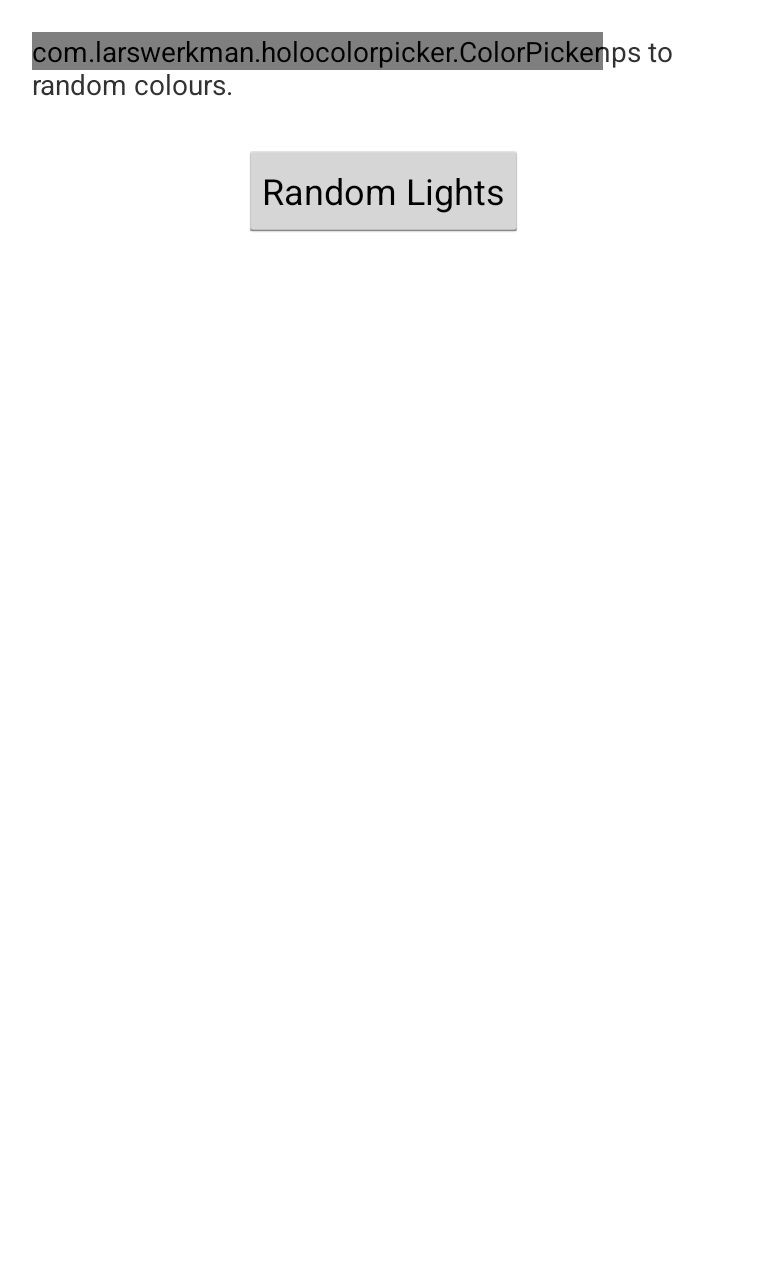
Repository: nsadras/huevision
Layout: android/HueVision/res/layout/activity_main.xml
These files come from the project's save history. The layout is drawn as it stood at one moment and after the next save; the edit follows.
Pictures or frames that could not be fetched are drawn as grey boxes. It is drawn on a 768 x 1280 px phone screen (xhdpi) without system bars, with theme AppTheme; the app's code is not run.

Above is the layout before, as saved 2014-02-15 11:46:46.

### android/HueVision/res/layout/activity_main.xml
<RelativeLayout xmlns:android="http://schemas.android.com/apk/res/android"
    xmlns:tools="http://schemas.android.com/tools"
    android:layout_width="match_parent"
    android:layout_height="match_parent"
    android:paddingBottom="@dimen/activity_vertical_margin"
    android:paddingLeft="@dimen/activity_horizontal_margin"
    android:paddingRight="@dimen/activity_horizontal_margin"
    android:paddingTop="@dimen/activity_vertical_margin"
    tools:context=".PHMyApplicationActivity" >

    <TextView
        android:id="@+id/textView1"
        android:layout_width="wrap_content"
        android:layout_height="wrap_content"
        android:text="@string/txt_click_random_button" />
    <com.larswerkman.holocolorpicker.ColorPicker
    	android:id="@+id/picker"
    	android:layout_width="wrap_content"
    	android:layout_height="wrap_content"/>

    <Button
        android:id="@+id/buttonRand"
        android:layout_width="wrap_content"
        android:layout_height="wrap_content"
        android:layout_below="@+id/textView1"
        android:layout_centerHorizontal="true"
        android:layout_marginTop="20dp"
        android:text="@string/btn_random" android:paddingLeft="10dp" android:paddingRight="10dp"/>

</RelativeLayout>

### android/HueVision/res/values/strings.xml
<?xml version="1.0" encoding="utf-8"?>
<resources>

    <string name="app_name">Hue QuickStart</string>
    <string name="action_settings">Settings</string>
    <string name="no_bridge">No Bridge Found.   Start Bridge Search</string>
    <string name="btn_refresh">Refresh</string>
    <string name="btn_find_bridge">Find new bridge</string>
    <string name="btn_random">Random Lights</string>
    <string name="search_progress">Searching ...</string>
    <string name="connecting">Connecting ...</string>
    <string name="btn_ok">Ok</string>
    <string name="btn_cancel">Cancel</string>
    <string name="txt_could_not_connect">No connection</string>
    <string name="txt_click_random_button">Click the Random Lights Button to set your lamps to random colours.</string>
    <string name="could_not_find_bridge">Hue cannot find your bridge. Please check that it is connected to the same Wi-Fi router as your app and press</string>
    <string name="btn_more">More</string>
    <string name="btn_reconnect">Reconnect</string>
    <string name="enter_light_name">Enter light name</string>
    <string name="txt_sdk_version">SDK Version</string>
    <string name="menu_find_bridge">Find new Bridge</string>
    <string name="menu_refresh">Refresh</string>
    <string name="btn_retry">Retry</string>
    <string name="searching_for_bridges">Searching for Bridges</string>
    <string name="txt_selectbridges">Available Access Points</string>
    <string name="txt_pushlink">Pushlink</string>
    <string name="press_pushlink_button">Press the link button on the bridge</string>
    <string name="txt_select_smartbridge">Please select a bridge to use for this app</string>
    <string name="title_error">Error</string>
    <string name="txt_last_heartbeat">Last Heartbeat : </string>
</resources>

Loaded but not shown: android/HueVision/res/values/styles.xml (common file); android/HueVision/res/values-v11/styles.xml (common file); android/HueVision/res/values-v14/styles.xml (common file); android/HueVision/res/values/dimens.xml (common file)

After the next save:
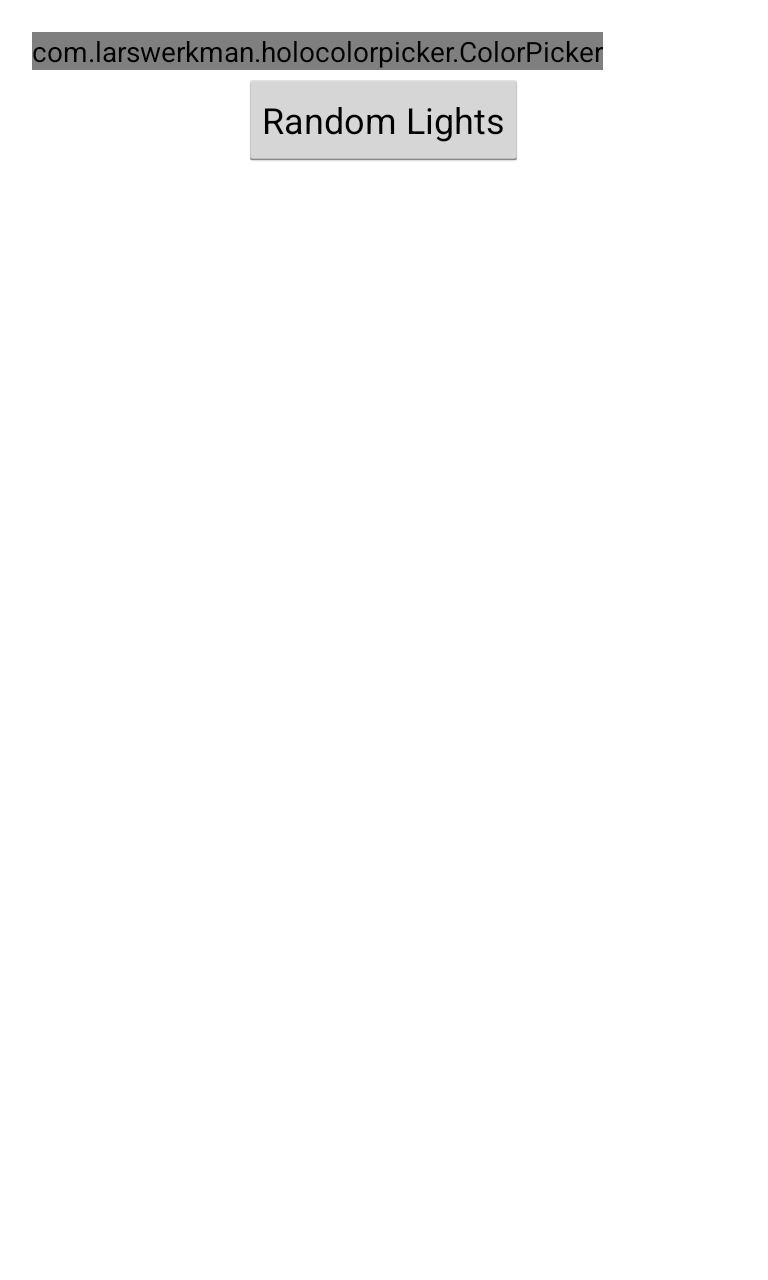
Saved 34 min 33 s later.
--- a/android/HueVision/res/layout/activity_main.xml
+++ b/android/HueVision/res/layout/activity_main.xml
@@ -8,11 +8,7 @@
     android:paddingTop="@dimen/activity_vertical_margin"
     tools:context=".PHMyApplicationActivity" >
 
-    <TextView
-        android:id="@+id/textView1"
-        android:layout_width="wrap_content"
-        android:layout_height="wrap_content"
-        android:text="@string/txt_click_random_button" />
+
     <com.larswerkman.holocolorpicker.ColorPicker
     	android:id="@+id/picker"
     	android:layout_width="wrap_content"
